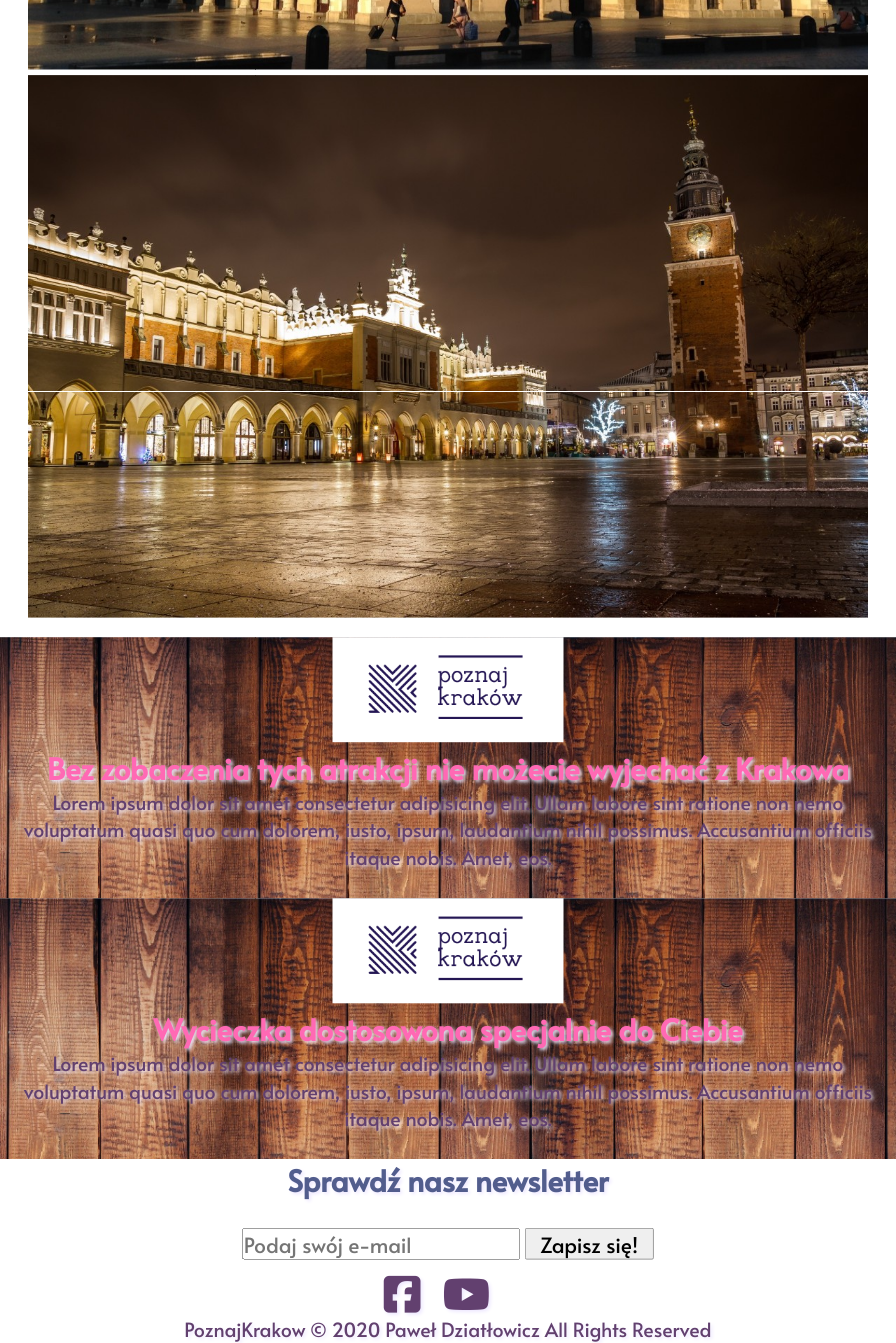
Repository: DZIALEK/projekt1
Page: projekt1.html
An editor plug-in stored every save of this project. The page is shown before and after the next save, followed by the edit.
The browser window is 1280 px wide. The pictures show the part of the page from y = 2875 to 4795 px (the page is 4794 px tall before and 4795 px after), at 70% of full size.
Some icons come from a web library that is not loaded, so they are not drawn. A picture or video elsewhere on the page could not be fetched, so the positions and the page height are approximate. Some web libraries are served in a nearby version.

Above is the page before, as saved 2020-07-15 01:04:53.

After the next save:
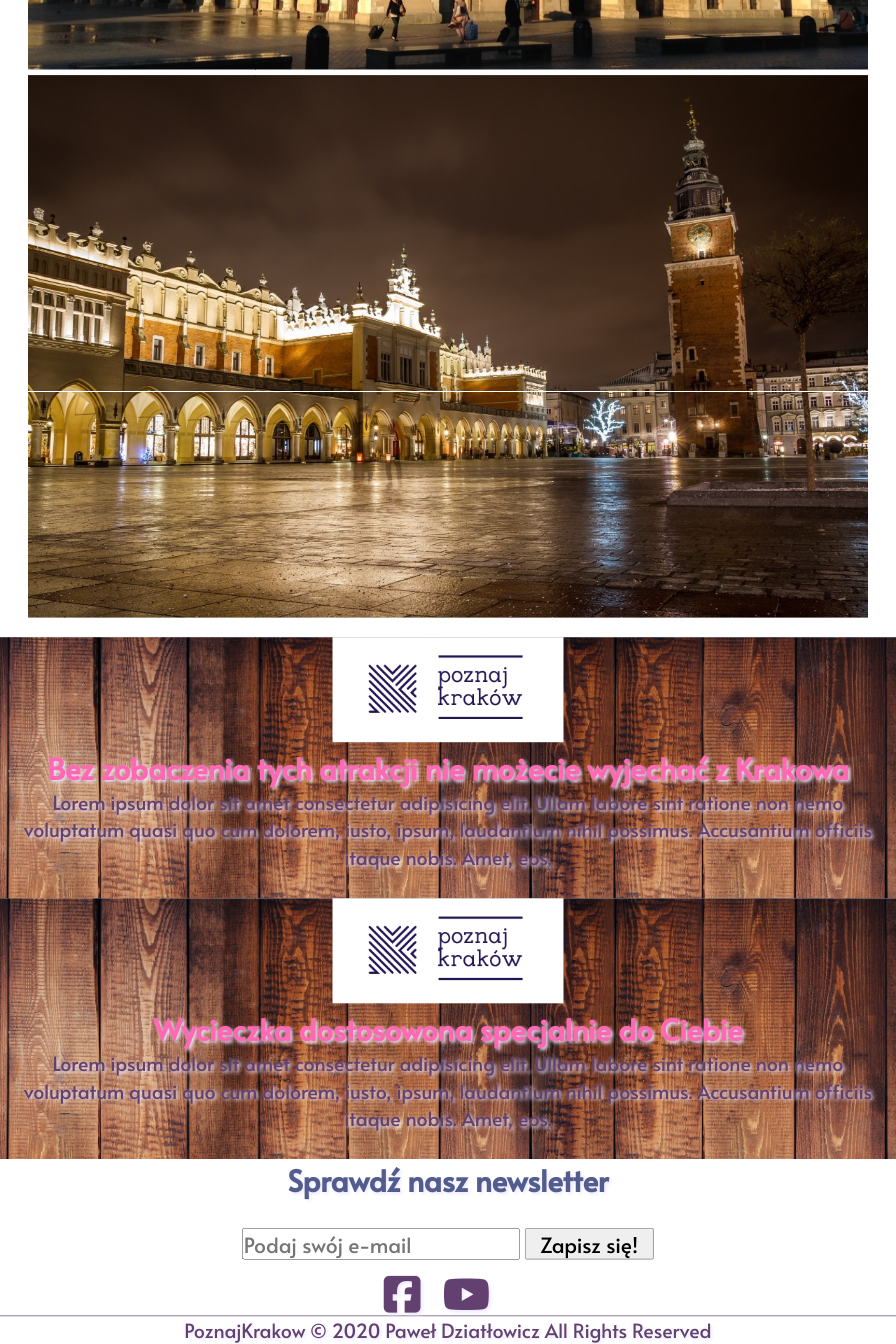
Saved 18 s later.
--- a/projekt1.css
+++ b/projekt1.css
@@ -203,3 +203,8 @@ button {
     font-family: 'Alata', sans-serif;
     padding: 0 20px;
 }
+
+footer {
+    border-top: 1px solid;
+
+}
